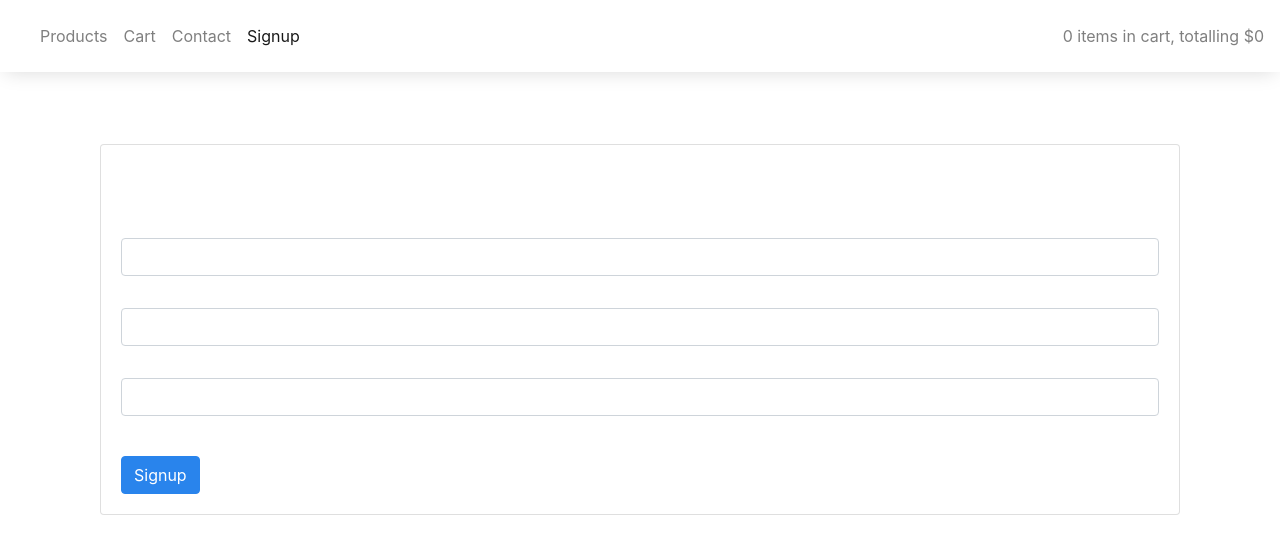
Repository: dayrim/wavecraft
Page: /signup
An editor plug-in stored every save of this project. The page is shown before and after the next save, followed by the edit.
The browser window is 1280 px wide. The pictures show the whole page.
The project was rebuilt for these pictures with package versions that can differ from the ones it lists, and the page was loaded fresh each time. Also part of the build but not shown: vue.config.js.

Above is the page before, as saved 2019-04-22 16:09:25.

### public/index.html
<!DOCTYPE html>
<html lang="en">
  <head>
    <meta charset="utf-8">
    <meta http-equiv="X-UA-Compatible" content="IE=edge">
    <meta name="viewport" content="width=device-width,initial-scale=1.0">
    <link rel="icon" href="<%= BASE_URL %>favicon.ico">
    <title>wavecraft-reset</title>
  </head>
  <body>
    <noscript>
      <strong>We're sorry but wavecraft-reset doesn't work properly without JavaScript enabled. Please enable it to continue.</strong>
    </noscript>
    <div id="app"></div>
    <!-- built files will be auto injected -->


  </body>
</html>

### src/main.js
import Vue from "vue";
import App from "./App.vue";
import router from "./router";
import store from "./store";
import BootstrapVue from "bootstrap-vue";

Vue.config.productionTip = false;
Vue.use(BootstrapVue);
Vue.filter("currency", function(value) {
  let formatter = new Intl.NumberFormat("en-US", {
    style: "currency",
    currency: "USD",
    minimumFractionDigits: 0,
  });

  return formatter.format(value);
});

new Vue({
  router,
  store,
  render: h => h(App),
}).$mount("#app");

### src/App.vue
<template>
  <div id="app" :class="{ ready: isPageReady }">
    <b-navbar class="mainNavbar" sticky toggleable="lg" variant="light">
      <b-navbar-brand to="/"></b-navbar-brand>

      <b-navbar-toggle target="nav-collapse"></b-navbar-toggle>

      <b-collapse id="nav-collapse" is-nav>
        <b-navbar-nav>
          <b-nav-item exact active-class="active" to="/">Products</b-nav-item>
          <b-nav-item exact active-class="active" to="/cart">Cart</b-nav-item>
          <b-nav-item exact active-class="active" to="/contact">Contact</b-nav-item>
          <b-nav-item exact active-class="active" to="/signup">Signup</b-nav-item>
        </b-navbar-nav>

        <!-- Right aligned nav items -->
        <b-navbar-nav class="ml-auto">
          <b-nav-text>
            <div class="navbar-text">
              {{ cart.items.length }}
              <span v-if="cart.items.length == 1">item</span><span v-else>items</span> in cart,
              totalling {{ cartTotal | currency }}
            </div></b-nav-text
          >
        </b-navbar-nav>
      </b-collapse>
    </b-navbar>
    <transition name="route" mode="out-in">
      <router-view name="discount"> </router-view>
    </transition>
    <b-container>
      <b-row>
        <b-col>
          <br /><br />
          <transition name="route" mode="out-in">
            <router-view></router-view>
          </transition>
        </b-col>
      </b-row>
    </b-container>
  </div>
</template>

<script>
export default {
  data() {
    return {
      isPageReady: false,
    };
  },
  computed: {
    cart() {
      return this.$store.state.cart;
    },
    cartTotal() {
      return this.$store.getters["cart/cartTotal"];
    },
  },
  mounted: function() {
    this.$nextTick(function() {
      setTimeout(() => {
        this.isPageReady = true;
      }, 0);
    });
  },
};
</script>

<style lang="scss">
.mainNavbar {
  box-shadow: 0px 5px 20px -5px rgba(0, 0, 0, 0.15);
}
.flex {
  display: flex;
}
.flex.flex-column {
  flex-direction: column;
}
.flex.flex-row {
  flex-direction: row;
}
.flex.justify-center {
  justify-content: center;
}
.flex.justify-left {
  justify-content: flex-start;
}
.flex.justify-right {
  justify-content: flex-end;
}
.flex.align-center {
  align-items: center;
}
.flex.align-left {
  align-items: flex-start;
}
.flex.align-right {
  align-items: flex-end;
}
/* Navigation */
.navbar .stats {
  margin-top: 15px;
}
ul {
  list-style: none;
}
.btn {
  margin-right: 20px;
}
input[type="radio"] + label,
input[type="checkbox"] + label {
  font-weight: normal;
}

#app {
  opacity: 0;
  transition: opacity 1s ease;
}

#app.ready {
  opacity: 1;
}

.route-enter-active,
.route-leave-active {
  transition: opacity 0.15s ease;
}

.route-enter,
.route-leave-to {
  opacity: 0;
}
</style>

### src/router/index.js
import Vue from "vue";
import Router from "vue-router";
import routes from "./routes";
Vue.use(Router);

export default new Router({
  mode: "history",
  base: process.env.BASE_URL,
  routes,
});

### src/store/index.js
import Vue from "vue";
import Vuex from "vuex";
import cart from "./modules/cart";

Vue.use(Vuex);

export default new Vuex.Store({
  /**
   * Assign the modules to the store.
   */
  modules: {
    cart,
  },
});

### src/assets/common.scss
@import "node_modules/bootstrap/scss/functions";
@import "node_modules/bootstrap/scss/variables";

$primary-color: #2984ec;
$secondary-color: #601cb9;
$tertiary-color: #222d30;
$default-color: #e9e9e9;
$light-color: #ffffff;
$accent-color: #f0081b;
$warning-color: #f09308;



$red: #dc3545;
$yellow: #ffc107;
$green: #006600; // This is the only variable I wanted to change
$cyan: #17a2b8;

$theme-colors: (
  primary: $primary-color,
  secondary: $tertiary-color,
  success: $secondary-color,
  info: $primary-color,
  warning: $warning-color,
  danger: $accent-color,
  light: $light-color,
  dark: $tertiary-color
);

@import 'node_modules/bootstrap/scss/bootstrap';
@import 'node_modules/bootstrap-vue/src/index.scss';

### src/router/routes.js
const routes = [
  {
    path: "",
    components: {
      default: () => import(/* webpackChunkName: "ProductList" */ "@/components/ProductList.vue"),
      discount: () =>
        import(/* webpackChunkName: "SpecialOffer" */ "@/components/SpecialOffer.vue"),
    },
  },
  {
    path: "/cart",
    component: () => import(/* webpackChunkName: "Cart" */ "@/components/Cart.vue"),
    alias: "/shopping-cart",
  },
  {
    path: "/signup",
    component: () => import(/* webpackChunkName: "Singup" */ "@/components/Signup.vue"),
    alias: "/sign-up",
  },
  {
    path: "/product/:productId",
    props: true,
    name: "Product",
    component: () => import(/* webpackChunkName: "Product" */ "@/components/Product.vue"),
    children: [
      {
        path: "details",
        name: "ViewProduct",
        props: true,
        component: () =>
          import(/* webpackChunkName: "ViewProduct" */ "@/components/ViewProduct.vue"),
      },
      {
        path: "reviews",
        name: "ProductReviews",
        props: true,
        component: () =>
          import(/* webpackChunkName: "ProductReviews" */ "@/components/ProductReviews.vue"),
      },
    ],
  },

  {
    path: "/contact",
    component: () => import(/* webpackChunkName: "Contact" */ "@/components/Contact.vue"),
  },
  {
    path: "/*",
    component: () => import(/* webpackChunkName: "PageNotFound" */ "@/components/PageNotFound.vue"),
  },
];

export default routes;

### src/store/modules/cart/index.js
import actions from "./actions";
import getters from "./getters";
import mutations from "./mutations";
import state from "./state";

export default {
  namespaced: true,
  actions,
  getters,
  mutations,
  state,
};

### src/components/Signup.vue
<template>
  <b-container fluid>
    <br />

    <b-card bg-variant="default" text-variant="white" title="Signup">
      <b-card-text>
        <label for="email">Email:</label>
        <b-form-input id="email" type="text"></b-form-input>
        <label for="password">Password:</label>
        <b-form-input id="password" type="text"></b-form-input>
        <label for="alias">Alias:</label>
        <b-form-input id="alias" type="text"></b-form-input>
        <br />
      </b-card-text>

      <b-button variant="primary">Signup</b-button>
    </b-card>
  </b-container>
</template>

<script>
export default {
  data() {
    return {};
  },
};
</script>

<style lang="scss"></style>

### src/store/modules/cart/actions.js
import * as Mutate from "./mutation-types";

export const addProductToCart = ({ commit, getters }, payload) => {
  let cartItem = getters.getCartItem(payload.product);
  payload.cartItem = cartItem;

  if (cartItem == null) {
    payload.cartItem = getters.getCartItem(payload.product);
    commit(Mutate.ADD_PRODUCT_TO_CART, payload);
  } else {
    commit(Mutate.INCREASE_PRODUCT_QUANTITY, payload);
  }
};

export const checkout = ({ commit }) => {
  commit(Mutate.CHECKOUT);
};

export default {
  addProductToCart,
  checkout,
};

### src/store/modules/cart/getters.js
export default {
  cartTotal: state => {
    let total = 0;

    state.items.forEach(function(item) {
      total += item.product.price * item.quantity;
    });
    return total;
  },
  getCartItem: state => product => {
    for (let i = 0; i < state.items.length; i++) {
      if (state.items[i].product.id === product.id) {
        return state.items[i];
      }
    }
    return null;
  },
  taxAmount: (state, getters) => percentage => (getters.cartTotal * percentage) / 100,
};

### src/store/modules/cart/mutations.js
import { CHECKOUT, ADD_PRODUCT_TO_CART, INCREASE_PRODUCT_QUANTITY } from "./mutation-types";

export default {
  [CHECKOUT](state) {
    state.items.forEach(function(item) {
      item.product.inStock += item.quantity;
    });

    state.items = [];
  },
  [ADD_PRODUCT_TO_CART]: (state, payload) => {
    state.items.push({
      product: payload.product,
      quantity: payload.quantity,
    });

    payload.product.inStock -= payload.quantity;
  },
  [INCREASE_PRODUCT_QUANTITY]: (state, payload) => {
    payload.cartItem.quantity += payload.quantity;
    payload.product.inStock -= payload.quantity;
  },
};

### src/store/modules/cart/state.js
export default {
  items: [],
};

### src/store/modules/cart/mutation-types.js
export const ADD_PRODUCT_TO_CART = "addProductToCart";
export const CHECKOUT = "checkout";
export const INCREASE_PRODUCT_QUANTITY = "increaseQuantity";

export default {
  ADD_PRODUCT_TO_CART,
  CHECKOUT,
  INCREASE_PRODUCT_QUANTITY,
};

After the next save:
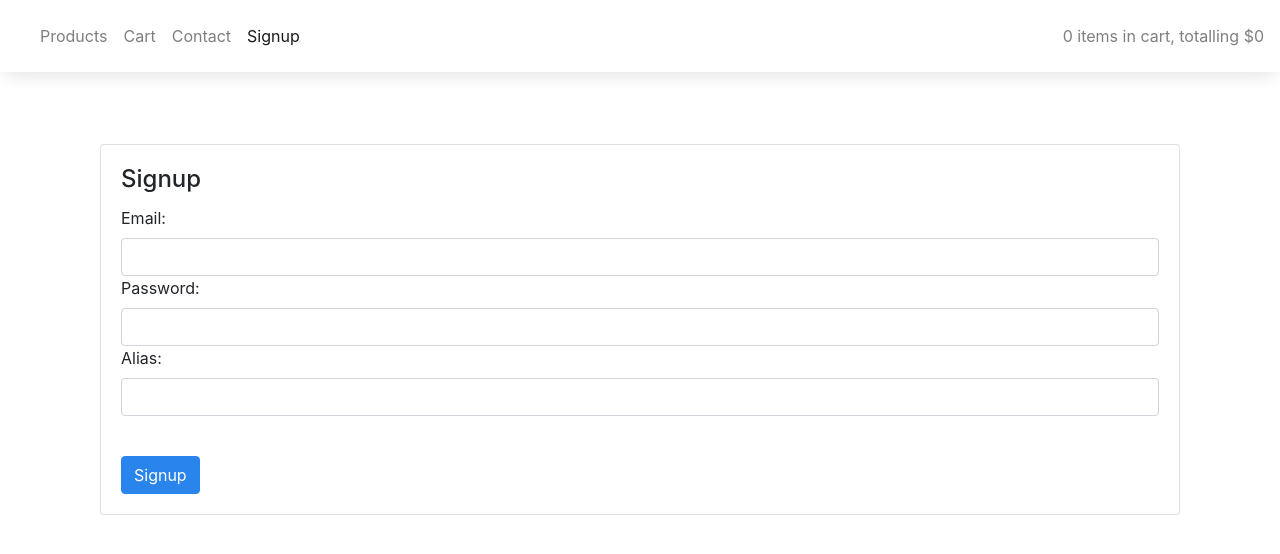
Saved 9 s later.
--- a/src/components/Signup.vue
+++ b/src/components/Signup.vue
@@ -2,7 +2,7 @@
   <b-container fluid>
     <br />
 
-    <b-card bg-variant="default" text-variant="white" title="Signup">
+    <b-card title="Signup">
       <b-card-text>
         <label for="email">Email:</label>
         <b-form-input id="email" type="text"></b-form-input>
